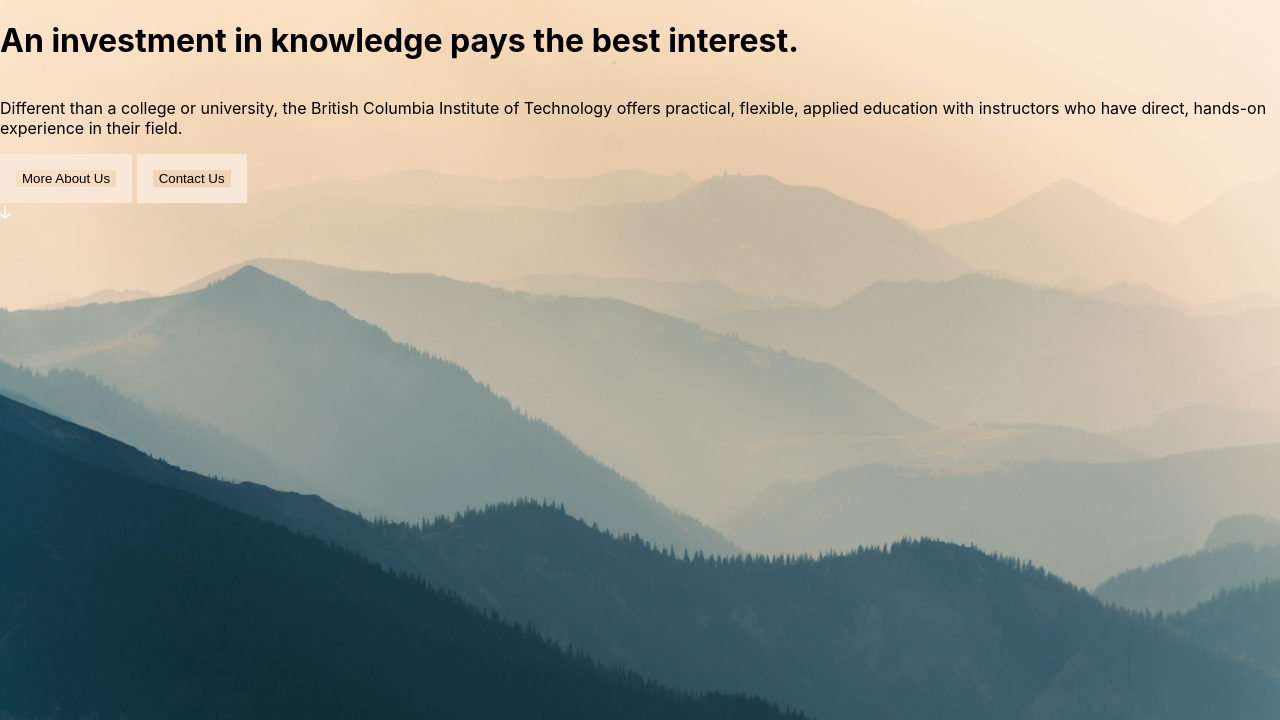
Repository: SaraShio/A01314209_Sara_Shiojima
Page: /
These files come from the project's save history. The page is drawn as it stood at one moment and after a run of saves; the edit follows.
The browser window is 1280 px wide. The pictures show the whole page.
The project was rebuilt for these pictures with package versions that can differ from the ones it lists, and the page was loaded fresh each time. The framework's server and built-in components were replaced by stand-ins that run in the browser. Also part of the build but not shown: next.config.js.

Above is the page before, as saved 2023-02-07 22:18:43.

After the next 2 saves:
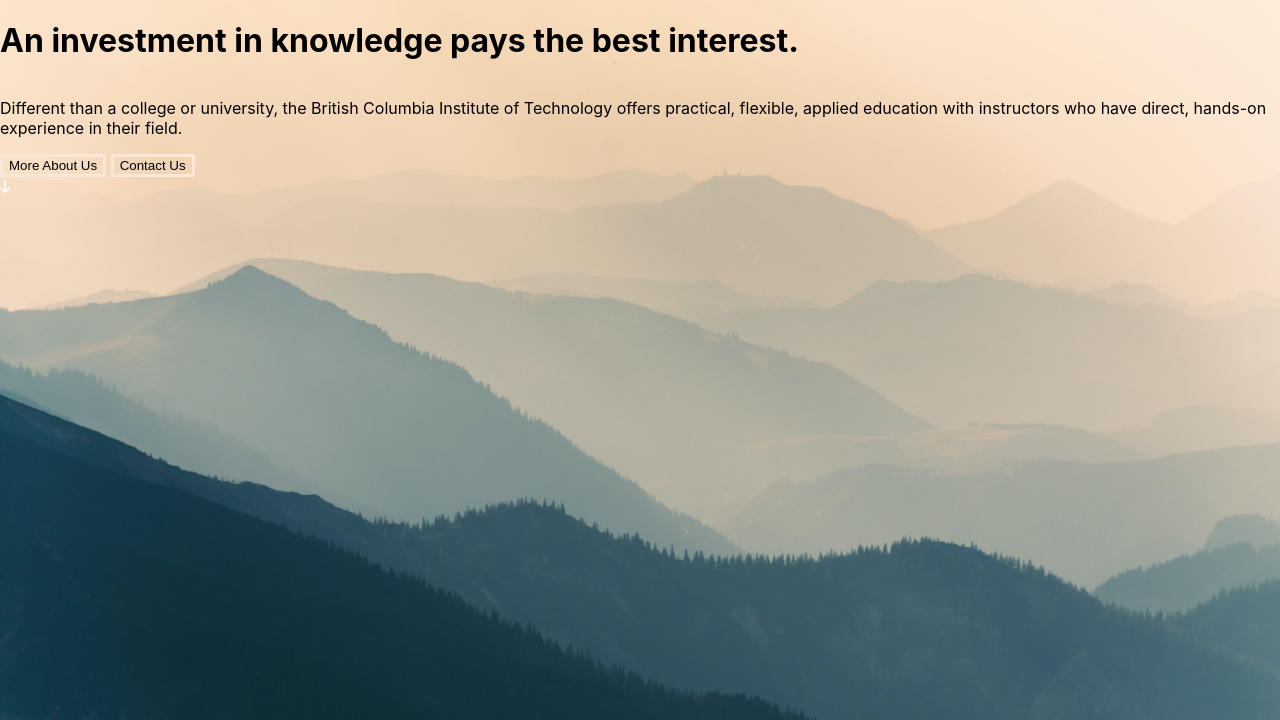
The 2 saves are shown as one change because they came seconds apart.
The last was saved 12 s later.
--- a/styles/Home.module.css
+++ b/styles/Home.module.css
@@ -19,5 +19,5 @@ width: 100vw;
 
 .button{
 background-color: transparent;
-border: 1rem solid var(--beige);
+border: 0.2rem solid var(--beige);
 }
